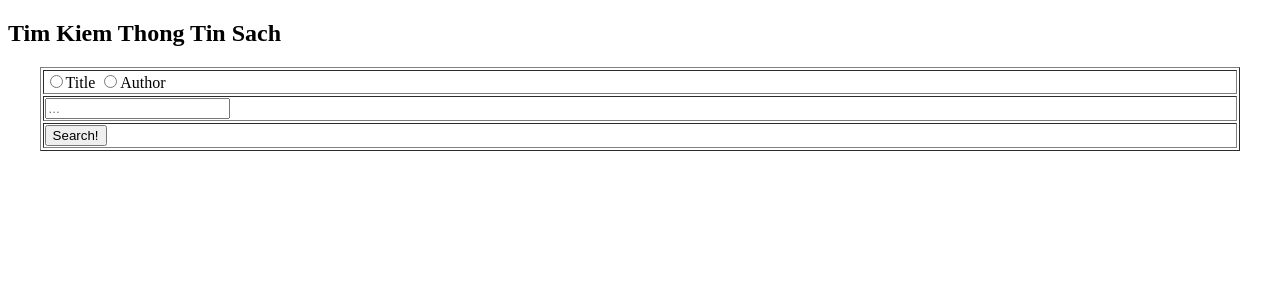
Repository: trangtruc/Java_NangCao
Page: http://localhost/EBookShop/myeshop.jsp
These files come from the project's save history. The page is drawn as it stood at one moment and after the next save; the edit follows.
The browser window is 1280 px wide. The pictures show the whole page.
The page is served by Tomcat 9. Other server files are loaded and not shown.

Above is the page before, as saved 2017-03-14 15:13:19.

### Buoi4/EBookShop/WebContent/myeshop.jsp
<%@ page language="java" contentType="text/html; charset=ISO-8859-1"
    pageEncoding="ISO-8859-1"%>
<!DOCTYPE html PUBLIC "-//W3C//DTD HTML 4.01 Transitional//EN" "http://www.w3.org/TR/html4/loose.dtd">
<html>
<head>
<meta http-equiv="Content-Type" content="text/html; charset=ISO-8859-1">
<title>Insert title here</title>
</head>
<body>
	<h2>Tim Kiem Thong Tin Sach</h2>
	<form method="POST" action="Controller">
	<table align="center" border="1" width="95%">
		<tr>
			<td>
				<input type="radio" name="ra" value="title"/>Title
				<input type="radio" name="ra" value="author"/>Author
			</td>
		</tr>
		<tr>
			<td>
				<input type="text" name="timkiem" placeholder="..."/>
			</td>
		</tr>
		<tr>
			<td>
				<input type="submit" value="Search!" />

			</td>
		</tr>

	</table>
	</form>
</body>
</html>

After the next save:
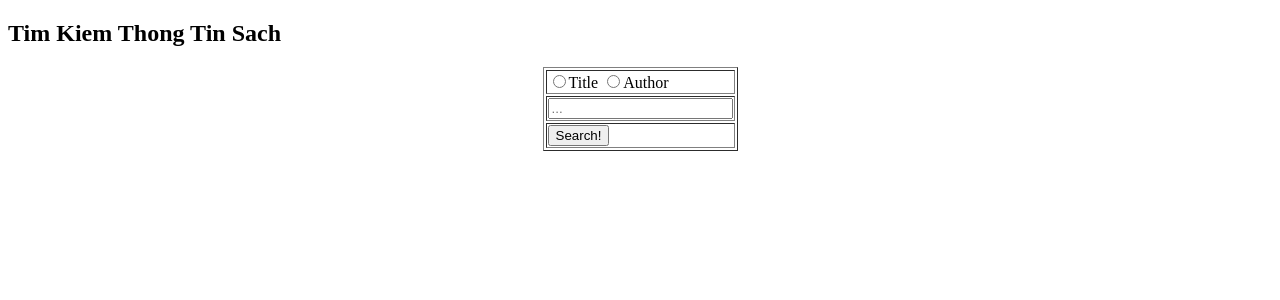
Saved 30 s later.
--- a/Buoi4/EBookShop/WebContent/myeshop.jsp
+++ b/Buoi4/EBookShop/WebContent/myeshop.jsp
@@ -9,7 +9,7 @@
 <body>
 	<h2>Tim Kiem Thong Tin Sach</h2>
 	<form method="POST" action="Controller">
-	<table align="center" border="1" width="95%">
+	<table align="center" border="1">
 		<tr>
 			<td>
 				<input type="radio" name="ra" value="title"/>Title
